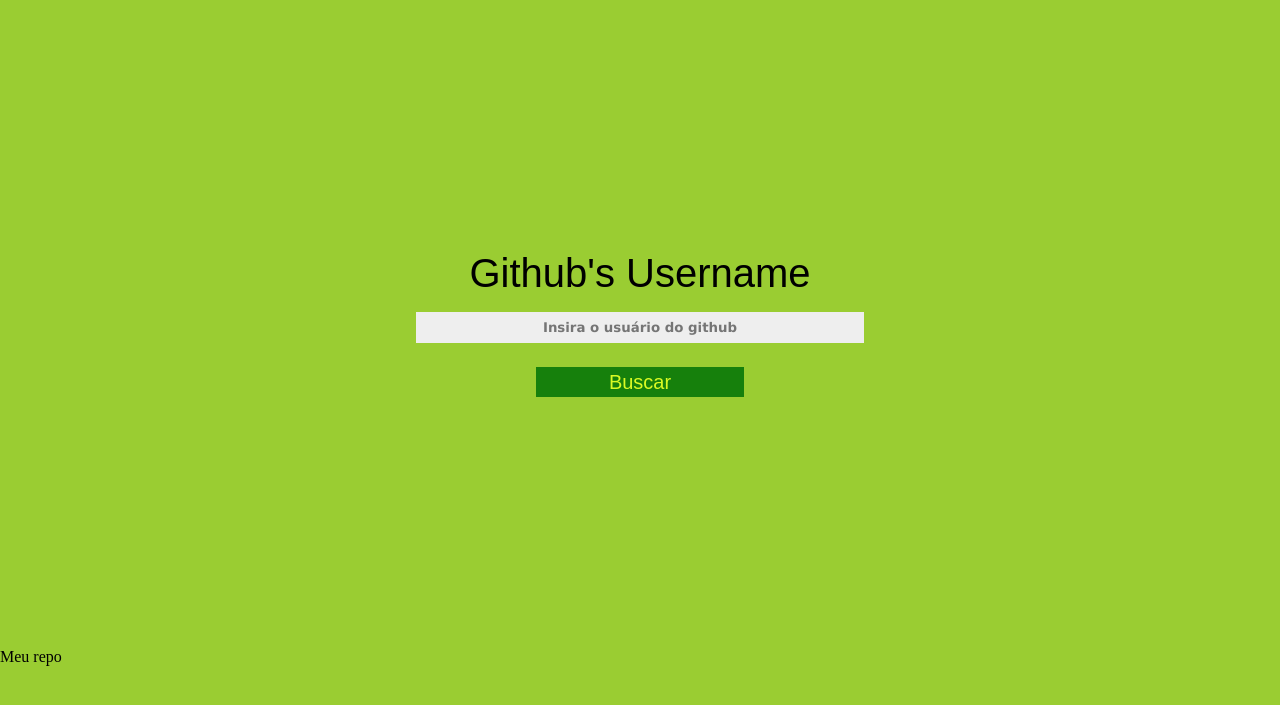
Repository: Orifiel/teste
Page: desafioMod4/desafioJavascritpt0402.html
These files come from the project's save history. The page is drawn as it stood at one moment and after the next save; the edit follows.
The browser window is 1280 px wide. The pictures show the whole page.
The pointer rests on the first visible `button`.
The page's requests for data from a server got no answer. Some web fonts or font styles are not loaded; a fallback is used.

Above is the page before, as saved 2020-08-24 13:09:37.

After the next save:
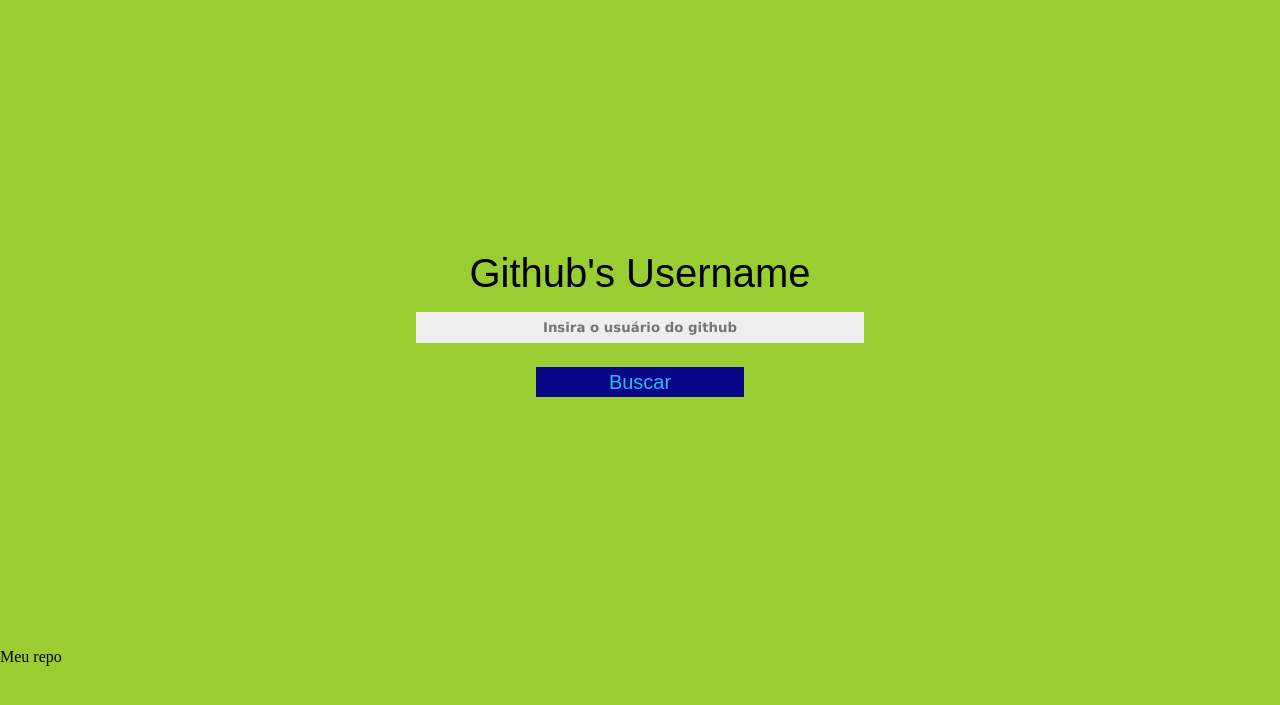
Saved 25 s later.
--- a/desafioMod4/desafioJavascritpt0402.html
+++ b/desafioMod4/desafioJavascritpt0402.html
@@ -57,8 +57,8 @@
         margin-top: 1.5rem;
     }
     button:hover{
-        background:rgb(22, 128, 12);
-        color:rgb(218, 250, 36);
+        background:rgb(9, 7, 136);
+        color:rgb(36, 189, 250);
         width: 13rem;
 
         }
